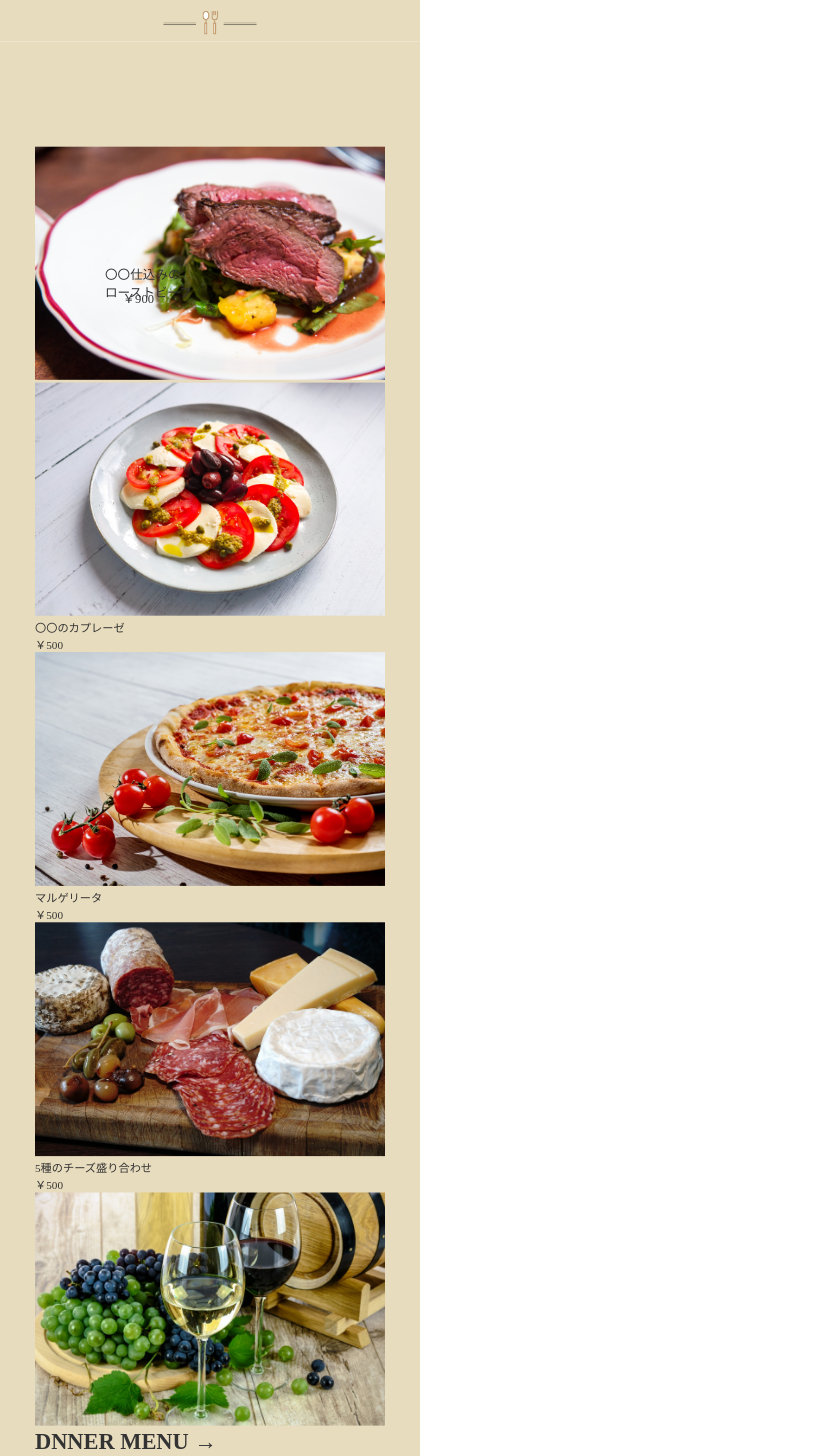
Repository: konatsu-0806/demo-site
Page: FromFigma/index.html
An editor plug-in stored every save of this project. The page is shown before and after a run of saves, followed by the edit.
The browser window is 600 px wide. The page is 1200 px wide, so the pictures cover 1200 px, including what lies to the right of the window. The pictures show the part of the page from y = 4362 to 6442 px (the page is 6476 px tall), at 70% of full size.

Above is the page before, as saved 2023-02-13 17:21:45.

### FromFigma/index.html
<!DOCTYPE html>
<html lang="ja">

<head>
  <meta charset="UTF-8">
  <meta name="viewport" content="width=device-width, initial-scale=1.0">
  <meta http-equiv="X-UA-Compatible" content="ie=edge">
  <link rel="stylesheet" href="css/style.css">
  <title>demosite</title>
</head>

<body>
  <header class="header_bg">
    <div class="header_contents">
      <h1>Restaurant</h1>
      <div class="responsive_btn">
        <div class="menu_line"></div>
        <div class="menu_line"></div>
        <div class="menu_line"></div>
      </div>
      <nav class="header_nav">
        <ul class="header_nav_lists">
          <li><a class="nav_link" href="">HOME</a></li>
          <li><a class="nav_link" href="">LUNCH</a></li>
          <li><a class="nav_link" href="">DINNER</a></li>
          <li><a class="nav_link" href="">ACCESS</a></li>
          <li><a class="nav_link" href="">CONTACT</a></li>
        </ul>
      </nav>
    </div>
  </header>
  <script src="js/master.js"></script>

  <div class="main_visual">
   <img src="img/mgg-vitchakorn-98Xi5vMGKck-unsplash.jpg" alt="">
  </div>

  <div class="intro_bg">
    <div class="intro_contents">
        <div class="intro_img">
            <img src="img/pratik-gupta-gyt0s3wR1YM-unsplash.jpg" alt="">
        </div>
        <div class="intro_sentence">
            <p class="text-center">
              イタリアンレストラン「〇<br />
              〇（店名）」は令和2年3月<br />
              に〇〇（所在）にてオープン<br />
              いたしました。
            </p>
            <p class="text-center">
              当店の自慢はなんといって<br />
              もシェフこだわりの生パスタ<br />
              でございます。<br />
            </p>
            <p class="text-center">
              生パスタは水分が多く含ま<br />
              れており、もちもちとした食<br />
              感が特徴的で、本場イタリア<br />
              でよく食べられているパスタ<br />
              です。
            </p>
            <p class="text-center">
              本場イタリアの生パスタを<br />
              研究し尽くしたシェフ自慢の<br />
              パスタを是非一度ご賞味くだ<br />
              さい。
            </p>
        </div>
    </div>
</div>

<div class="lunch">
  <div class="lunch_contents">
    <div class="lunch_intro">
      <h1>～LUNCH～<br />
        10:00~15:00（日・祝を除く）
      </h1>
      <p class="text-center">当店では平日と土曜日のみランチ<br />
        タイムの営業を行っております。
      </p>
      <p class="text-center">ランチタイムは、当店自慢のもち<br />
        もちの生パスタと、ドリンク・サラ<br />
        ダ・スープ付のセットとドリンク・<br />
        ガーリックトースト・スープ付セッ<br />
        トの2種類がございます。
      </p>
      <p class="text-center">パスタは和風と洋風の２種類をご<br />
        用意しております。
      </p>
    </div>
    <div class="lunch_img">
      <img src="img/fresh-pasta-g68aa8d9f2_1920.jpg" alt="">
    </div>
  </div>
  </div>
  <div class="lunch_menu">
    <h1>LUNCH MENU</h1>
    <div class="cutlery"><img src="img/無題11_20221128200219.png" alt=""></div>
    <div class="menu_set">
      <div class="a_set">
       <h2>Aセット</h2>
        <ul>
          <li>・生パスタ（和風 or 洋風）</li>
          <li>・サラダ</li>
          <li>・スープ</li>
          <li>・ドリンク</li>
        </ul>
        <h3>￥1000</h3>
      </div>
      <div class="b_set">
        <h2>Bセット</h2>
        <ul>
          <li>・生パスタ（和風 or 洋風）</li>
          <li>・ガーリックトースト</li>
          <li>・スープ</li>
          <li>・ドリンク</li>
        </ul>
        <h3>￥1000</h3>
      </div>
    </div>
      <p>※価格はすべて税込みです。<br />
      ※パスタ・サラダ・スープの内容は日によって異なります。ご了承くださいませ。
      </p>
  </div>

  <div class="dinner">
    <div class="dinner_contents">
      <div class="dinner_intro">
        <h1>～DINNER～<br />
          17:00~23:00
        </h1>
        <p>テキストテキストテキストテキスト<br />
          テキストテキストテキストテキスト<br />
          テキストテキストテキストテキスト<br />
          テキストテキストテキストテキスト<br />
          テキスト<br />
        </p>
      </div>
      <div class="dinner_img">
        <img src="img/pizza-gac0f3843a_1280.jpg" alt="">
        <p>〇〇と〇〇のピザ  ￥880</p>
      </div>
    </div>
  </div>
  <div class="dinner_menu">
    <h1>DINNER MENU</h1>
    <div class="cutlery"><img src="img/無題11_20221128200219.png" alt=""></div>
  </div>
  <div class="dishes">
    <div class="dish1">
      <img src="img/jason-leung-O67LZfeyYBk-unsplash.jpg" alt="">
      <p>〇〇仕込みの<br />
        ローストビーフ<br />
      </p>
      <p class="price">￥900</p>
    </div>
    <div class="dish2">
      <img src="img/mozzarella-salad-g85af32bc5_1920.jpg" alt="">
      <p>〇〇のカプレーゼ</p>
      <p class="price">￥500</p>
    </div>
    <div class="dish3">
      <img src="img/pizza-gff7141cbc_1920.jpg" alt="">
      <p>マルゲリータ</p>
      <p class="price">￥500</p>
    </div>
    <div class="flex">
      <div class="dish4">
        <img src="img/meal-g47ef517fb_1920.jpg" alt="">
        <p>5種のチーズ盛り合わせ</p>
        <p class="price">￥500</p>
      </div>
      <div class="dish5">
        <img src="img/wines-g65661b4e0_1920.jpg" alt="">
      </div>
    </div>
    <h1>DNNER MENU →<br />
    <h1>DRINK MENU →</h1>
  </div>

</body>

</html>

### FromFigma/css/style.css
/* Reset style */
* {
    margin: 0;
    padding: 0;
    box-sizing: border-box;
    list-style: none;
    text-decoration: none;
    color: #333;
}

/* Normal header style */
.header_bg {
    width: 100%;
    height: 80px;
}

.header_contents {
    width: 100%;
    max-width: 1024px;
    height: 100%;
    margin: 0 auto;
    display: flex;
    justify-content: space-between;
    align-items: center;
}

.header_contents h1 {
    font-size: 22px;
    margin: 0 0 0 40px;
}

.header_nav_lists {
    display: flex;
}

.header_nav_lists li {
    margin: 0 40px 0 0;
}

.nav_link {
    font-size: 18px;
}

/* Responsive menu button */
.responsive_btn {
    display: none;
    flex-direction: column;
    align-items: center;
    justify-content: center;
    width: 32px;
    height: 32px;
    margin: 0 40px 0 0;
    cursor: pointer;
    position: relative;
    z-index: 10;
}

.menu_line {
    background-color: #333;
    border-radius: 5px;
    width: 100%;
    height: 5px;
    margin: 4px 0;
}

/* Reaponsive style */
@media screen and (max-width: 768px) {
    .responsive_btn {
        display: flex;
    }

    .header_bg {
        position: relative;
    }

    .header_nav {
        background-color: white;
        width: 100%;
        height: 100vh;
        padding: 80px 0 0 0;
        position: absolute;
        top: 0;
        right: -100%;
        transition: .5s;
    }

    .header_nav_lists {
        display: block;
        text-align: center;
    }

    .header_nav_lists li {
        margin: 0 0 40px;
        text-align: center;
    }

    .nav_link {
        font-size: 20px;
    }
}

/* js function "menuToggle" starting only */
.menu_active {
    right: 0;
  }

/* 1st pic */
img {
    width: 100%;
}

.main_visual {
    padding: 0 50px;
    margin: auto;
    max-width: 1200px;
}

/* contents */
.intro_bg {
    width: 100%;
    max-width: 1200px;
    margin: auto;
    padding: 120px 50px 30px 70px;
}
.contents img {
    width: 100%;
}
.text-center {
    text-align: center;
}
.intro_contents {
    display: flex;
}
.intro_img {
    width: 55%;
    margin: auto;
    box-shadow: -30px -30px 1px 1px rgba(0, 0, 0, 0.7);
}
.lunch_img {
    position: relative;
    padding:30px;
}
.lunch_img:before,.lunch_img:after{
    content:'';
    width: 300px;
    height: 100px;
    position: absolute;
    display: inline-block;
}
.lunch_img:before{
    border-left: solid 1px rgb(158, 154, 154);
    border-top: solid 1px rgb(158, 154, 154);
    top: 0px;
    left: 0;
}
.lunch_img:after{
    border-right: solid 1px rgb(158, 154, 154);
    border-bottom: solid 1px rgb(158, 154, 154);
    bottom:0;
    right: 0;
}
.lunch_img img {
    margin: 0;
    padding: 0;
}
.intro_sentence {
    width: 45%;
    margin: auto .5rem;
}
@media screen and (max-width: 767px) {
    .intro_contents {
        display: block;
    }
    .intro_contents .intro_img {
        width: 100%;
        margin: 0 auto;
    }
    .intro_contents .intro_sentence {
        width: 100%;
        margin: 0 auto;
    }
}

/* lunch */
.lunch {
    width: 100%;
    max-width: 1200px;
    margin: auto;
    padding: 100px 50px 0px 50px;
    background-color: #e8dcbe;
}
.lunch img {
    width: 100%;
}
.text-center {
    text-align: center;
}
.lunch_contents {
    display: flex;
}
.lunch_intro {
    width: 55%;
    margin: auto;
}
.lunch_img {
    width: 45%;
    margin: auto .5rem;
    padding-top: 20px;
}

.lunch h1 {
    text-align: center;
    font-family: Georgia, serif;
    margin-bottom: 70px;
}

@media screen and (max-width: 767px) {
    .lunch_contents {
        display: block;
    }
    .lunch_contents .lunch_intro {
        width: 100%;
        margin: 0 auto;
    }
    .lunch_contents .lunch_img {
        width: 100%;
        margin: 0 auto;
    }
}
/* lunch menu */
.lunch_menu {
    width: 100%;
    max-width: 1200px;
    margin: auto;
    padding: 150px 50px 0px 50px;
    background-color: #e8dcbe;
}
.lunch_menu h1 {
    text-align: center;
    font-family: Georgia, serif;
}
.lunch_menu img {
    width: 40%;
}
.cutlery {
    text-align: center;
}
.menu_set {
    display: flex;
    justify-content: space-around;
    margin-top: 100px;
}
.a_set {
    background-color: #cbca78;
    padding: 50px 30px ;
}
.a_set h2 {
    font-family: Georgia, serif;
    padding-bottom: 30px;
    text-align: center;
}
.a_set h3 {
    padding-top: 30px;
    text-align: right;
}
.b_set {
    background-color: #cbca78;
    padding: 50px 30px ;
}
.b_set h2 {
    font-family: Georgia, serif;
    padding-bottom: 30px;
    text-align: center;
}
.b_set h3 {
    padding-top: 30px;
    text-align: right;
}
.lunch_menu p {
    padding: 50px 0px 150px 0px;
}
@media screen and (max-width: 767px) {
    .menu_set {
        display: block;
    }
    .a_set {
        margin-bottom: 20px;
    }
    .menu_set li {
        padding-left: 80px;
    }
}
/* dinner */
.dinner {
    width: 100%;
    max-width: 1200px;
    margin: auto;
    padding: 100px 50px 0px 50px;
    background-color: #e8dcbe;
}
.dinner img {
    width: 100%;
}
.dinner p {
    text-align: center;
}
.dinner_contents {
    display: flex;
}
.dinner_intro {
    width: 55%;
    margin: auto;
}
.dinner_img {
    width: 45%;
    margin: auto .5rem;
    padding-top: 20px;
}

.dinner h1 {
    text-align: center;
    font-family: Georgia, serif;
    margin-bottom: 70px;
}
.dinner_img {
    position: relative;
    padding:30px;
}
.dinner_img:before,.dinner_img:after{
    content:'';
    width: 300px;
    height: 100px;
    position: absolute;
    display: inline-block;
}
.dinner_img:before{
    border-left: solid 1px rgb(158, 154, 154);
    border-top: solid 1px rgb(158, 154, 154);
    top: 0px;
    left: 0;
}
.dinner_img:after{
    border-right: solid 1px rgb(158, 154, 154);
    border-bottom: solid 1px rgb(158, 154, 154);
    bottom:0;
    right: 0;
}
.dinner_img img {
    margin: 0;
    padding: 0;
}

@media screen and (max-width: 767px) {
    .dinner_contents {
        display: block;
    }
    .dinner_contents .dinner_intro {
        width: 100%;
        margin: 0 auto;
    }
    .dinner_contents .dinner_img {
        width: 100%;
        margin: 0 auto;
    }
}
/* dinner menu */
.dinner_menu {
    width: 100%;
    max-width: 1200px;
    margin: auto;
    padding: 150px 50px 0px 50px;
    background-color: #e8dcbe;
}
.dinner_menu h1 {
    text-align: center;
    font-family: Georgia, serif;
}
.dinner_menu img {
    width: 40%;
}
.cutlery {
    text-align: center;
}

/* dishes */
.dishes {
    width: 100%;
    max-width: 1200px;
    margin: auto;
    padding: 150px 50px 0px 50px;
    background-color: #e8dcbe;
}
.dish1 {
    position: relative;
}
.dish1 p {
    position: absolute;
    top: 50%;
    left:20%;
    font-size: large;
}
.dish1 .price {
    position: absolute;
    top: 60%;
    left: 25%;
}
@media screen and (max-width: 767px) {
    dishes
}

### FromFigma/js/master.js
const responsive_menu_btn = document.querySelector('.responsive_btn');
responsive_menu_btn.addEventListener('click', menuToggle);

function menuToggle() {
  const header_menu_detail = document.querySelector('.header_nav');
  header_menu_detail.classList.toggle('menu_active');
}

After the next 3 saves:
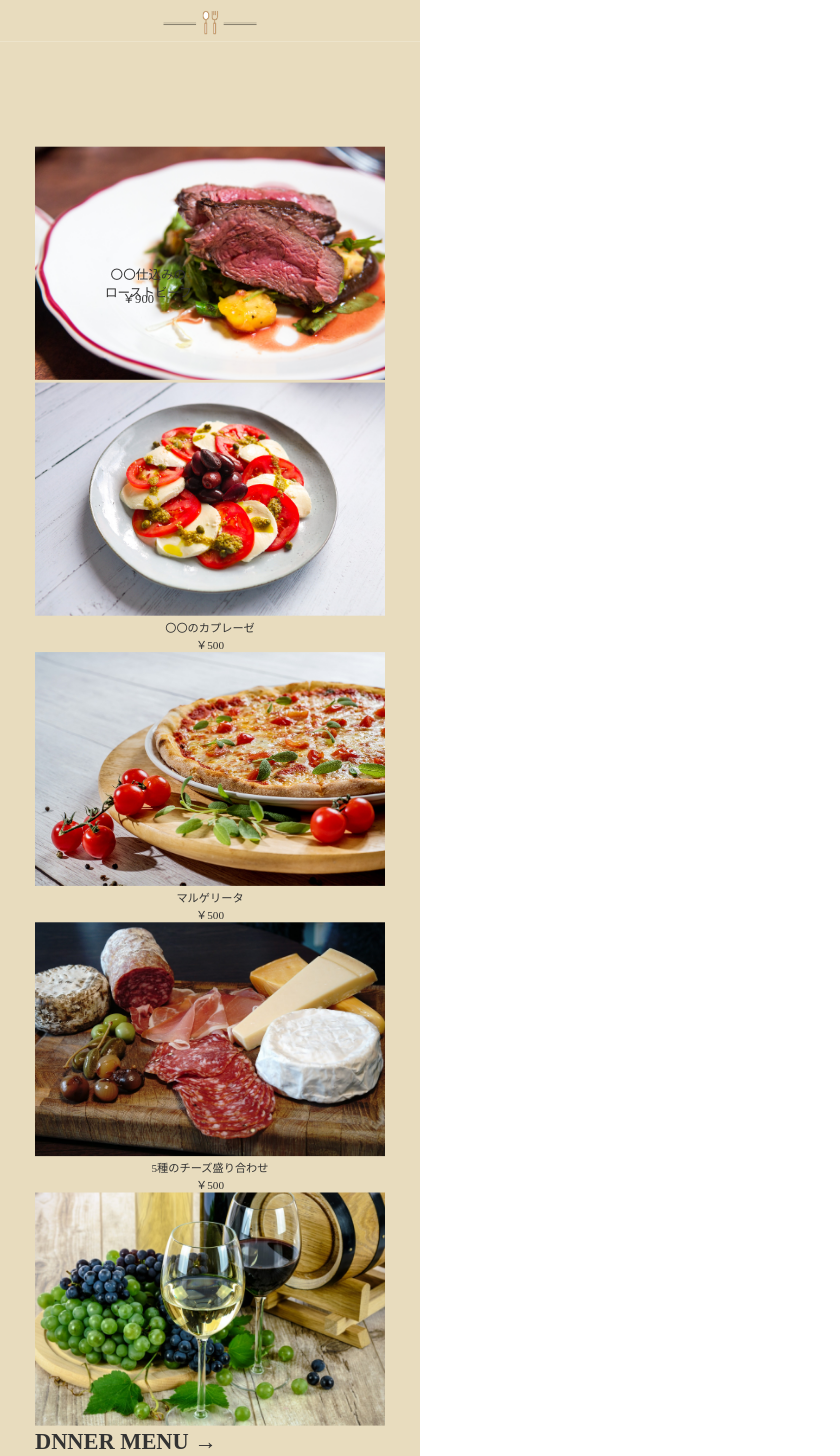
The 3 saves are shown as one change because they came seconds apart.
The last was saved 10 s later.
--- a/FromFigma/css/style.css
+++ b/FromFigma/css/style.css
@@ -405,5 +405,7 @@ img {
     left: 25%;
 }
 @media screen and (max-width: 767px) {
-    dishes
-}
+    .dishes p {
+        text-align: center;
+    }
+}
